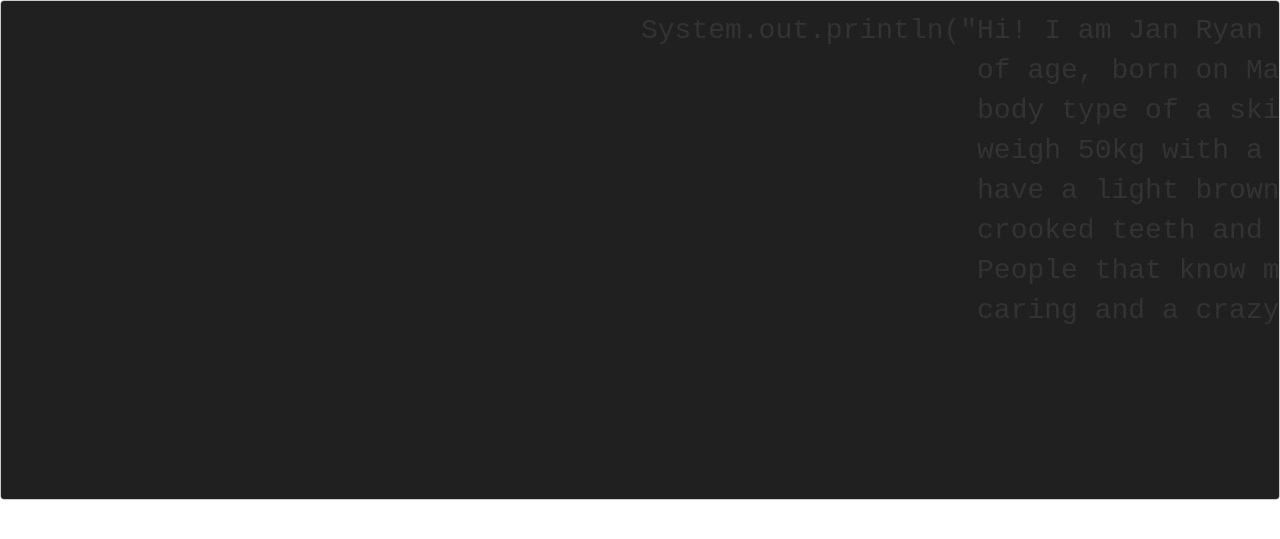
Repository: janry-gracia/Divinagracia_FinalProject
Page: Pages/storyofmylife.html
The author's editor kept a copy of each file at every save. The page is drawn from the files as they stood at one save, then again after the next save.
The browser window is 1280 px wide. The pictures show the whole page.

Above is the page before, as saved 2021-05-17 23:03:37.
Console error: TypeError: Cannot read properties of null (reading 'addEventListener')

### Pages/storyofmylife.html
<!DOCTYPE html>
<html lang="en">
<head>
    <meta charset="UTF-8">
    <meta http-equiv="X-UA-Compatible" content="IE=edge">
    <meta name="viewport" content="width=device-width, initial-scale=1.0">
    <title>Story of My Life</title>
    <link rel="stylesheet" href="/css/bootstrap.css">
    <link rel="stylesheet" href="/css/storyofmylife.css">
</head>
<body>

    <div class="container-fluid ">

        <div class="container-fluid ">
            <pre class="message">System.out.println("Hi! I am Jan Ryan Divinagracia, 19 years
                    of age, born on March 25, 2001. I have a
                    body type of a skinny person, I only
                    weigh 50kg with a height of 1.65m. I
                    have a light brown skin, brown eyes,
                    crooked teeth and with a kissable lips.
                    People that know me, see me as a
                    caring and a crazy person.")
            </pre>
        </div>


    </div>


    <script src ="/js/jquery-3.6.0.min.js"></script>
    <script src="/js/bootstrap.js"></script>
    <script src="/js/script.js"></script>

</body>
</html>

### css/storyofmylife.css
@import url('https://fonts.googleapis.com/css2?family=Fira+Code:wght@300;400;500&display=swap');

*{
    padding: 0;
    margin: 0;
    box-sizing: border-box;
}

html, body{
    height: 100%;
    width: 100%;
    overflow: hidden;

}

.container-fluid{
    padding: 0;
    margin: 0;
    box-sizing: border-box;
}

.message{
    padding-left: 50%;
    height: 500px;
    background-color: rgb(32, 32, 32);
    font-family: 'Fire Code', monospace;
    font-size: 2em;
}

### js/script.js
let btn1= document.querySelector(".box1");
let btn2 = document.querySelector(".box2");
let text = document.querySelector(".greeting");
let frontpage = document.querySelector(".frontpage");
let secondpage = document.querySelector(".secondpage");
let button = document.querySelector(".button");
let logo = document.querySelector(".logo");



btn1.addEventListener("click", function() {
    btn1.classList.add("box1transition");
    btn1.style.transition = "transform 3s";
    btn2.classList.add("box2transition");
    btn2.style.transition = "transform 3s";
    text.style.animationName = "hidecontent";

    setTimeout(function () {
        window.open('Pages/backpage.html', '_self');
    }, 2500);

});


btn2.addEventListener("click", function() {
    btn1.classList.add("box1transition");
    btn1.style.transition = "transform 3s";
    btn2.classList.add("box2transition");
    btn2.style.transition = "transform 3s";
    text.style.animationName = "hidecontent";
    setTimeout(function () {
        window.open('Pages/backpage.html', '_self');
    }, 2500);

});


text.addEventListener("click", function() {
    btn1.classList.add("box1transition");
    btn1.style.transition = "transform 3s";
    btn2.classList.add("box2transition");
    btn2.style.transition = "transform 3s";
    text.style.animationName = "hidecontent";
    setTimeout(function () {
        window.open('Pages/backpage.html', '_self');
    }, 2500);

});

Loaded but not shown: css/bootstrap.css (library); js/jquery-3.6.0.min.js (library); js/bootstrap.js (library)

After the next save:
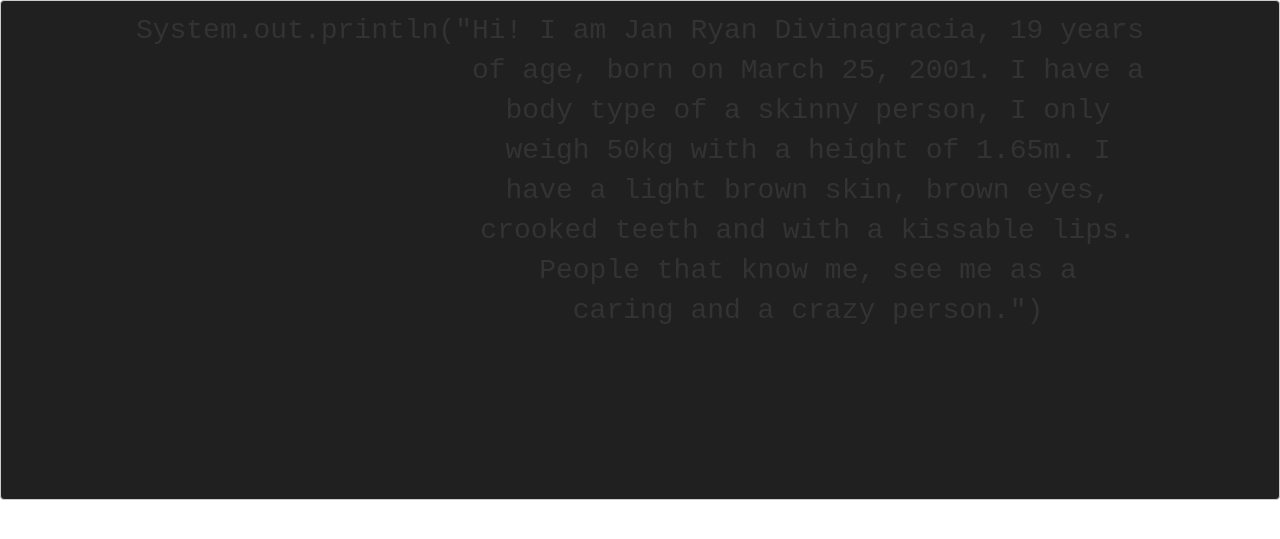
Saved 12 s later.
--- a/css/storyofmylife.css
+++ b/css/storyofmylife.css
@@ -20,7 +20,7 @@ html, body{
 }
 
 .message{
-    padding-left: 50%;
+    text-align: center;
     height: 500px;
     background-color: rgb(32, 32, 32);
     font-family: 'Fire Code', monospace;
